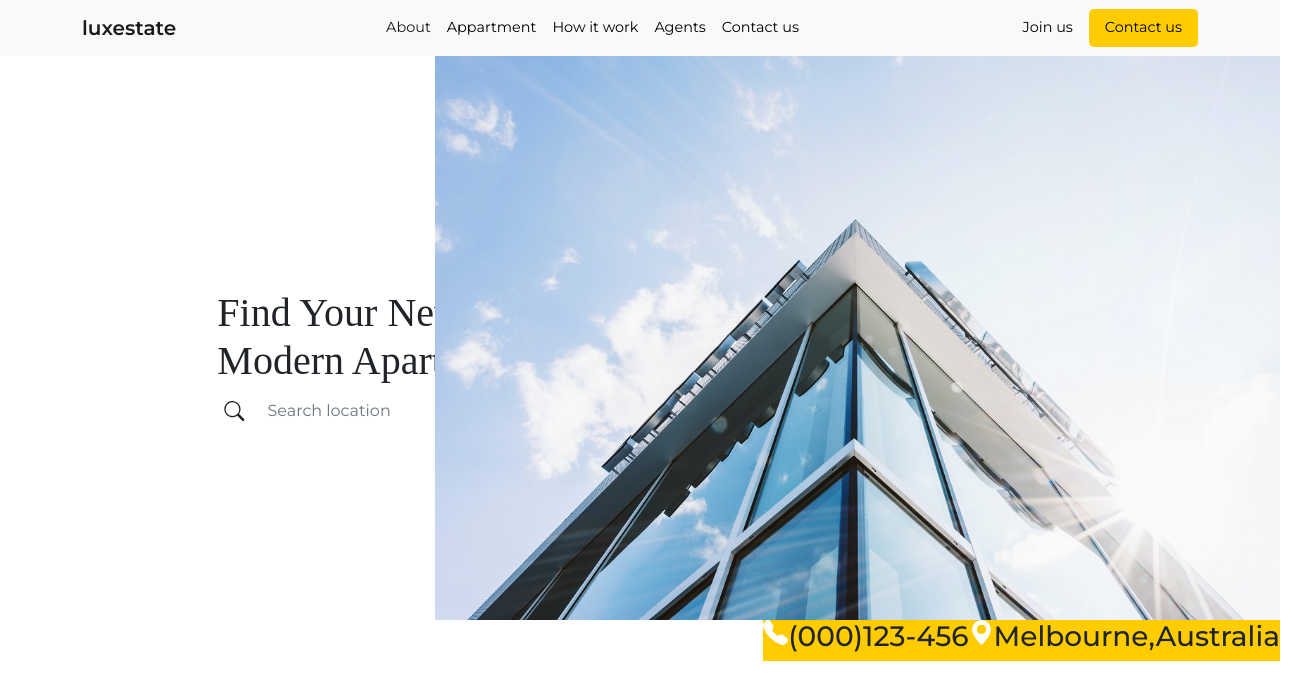
Repository: Toqa-25/luxstate
Page: index.html
An editor plug-in stored every save of this project. The page is shown before and after the next save, followed by the edit.
The browser window is 1280 px wide. The page is 1292 px wide, so the pictures cover 1292 px, including what lies to the right of the window. The pictures show the whole page.

Above is the page before, as saved 2021-06-07 23:49:13.

### index.html
<!DOCTYPE html>
<html lang="en">
<head>
    <meta charset="UTF-8">
    <meta http-equiv="X-UA-Compatible" content="IE=edge">
    <meta name="viewport" content="width=device-width, initial-scale=1.0">
    <!-- Bootstrap file -->
    <link rel="stylesheet" href="css/bootstrap.css">
    <!-- My Bootstrap file -->
    <link rel="stylesheet" href="css/my-bootstrap.css">
    <!-- all main style -->
    <link rel="stylesheet" href="css/all.min.css">
    <!-- CDN css file -->
    <link href="https://cdn.jsdelivr.net/npm/bootstrap@5.0.1/dist/css/bootstrap.min.css" rel="stylesheet" integrity="sha384-+0n0xVW2eSR5OomGNYDnhzAbDsOXxcvSN1TPprVMTNDbiYZCxYbOOl7+AMvyTG2x" crossorigin="anonymous">
    <!-- Style file -->
    <link rel="stylesheet" href="css/style.css">
    <!-- web fonts -->
    <link rel="preconnect" href="https://fonts.gstatic.com">
<link href="https://fonts.googleapis.com/css2?family=Montserrat:wght@100;200;300;400;500;600;700;800;900&display=swap" rel="stylesheet">
    <title>Bootstarp</title>
</head>
<body>
    <nav class="navbar navbar-expand-lg navbar-light bg-light">
        <div class="container">
          <a class="navbar-brand" href="#">luxestate</a>
          <button class="navbar-toggler" type="button" data-bs-toggle="collapse" data-bs-target="#navbarSupportedContent" aria-controls="navbarSupportedContent" aria-expanded="false" aria-label="Toggle navigation">
            <span class="navbar-toggler-icon"></span>
          </button>
          <div class="collapse navbar-collapse offset-2 navbar-light" id="navbarSupportedContent">
            <ul class="navbar-nav me-auto mb-2 mb-lg-0 ">
              <li class="nav-item">
                <a class="nav-link active" aria-current="page" href="#">About</a>
              </li>
              <li class="nav-item ">
                <a class="nav-link " href="#">Appartment</a>
              </li>
              <li class="nav-item">
                <a class="nav-link" href="#">How it work</a>
              </li>
              <li class="nav-item">
                <a class="nav-link" href="#">Agents</a>
              </li>
              <li class="nav-item">
                <a class="nav-link" href="#">Contact us</a>
              </li>

            </ul>
            <ul class="nav justify-content-end last-nav">
                <li class="nav-item">
                  <a class="nav-link active" aria-current="page" href="#">Join us</a>
                </li>
                <li class="nav-item focuse">
                  <a class="nav-link " href="#">Contact us</a>
                </li>

              </ul>
          </div>
        </div>
      </nav>
      <header>
      <div class="row">
        <div class="image-section float-end col-8 ">
        <img src="images/cover-unsplash.jpg" class="img-fluid "  alt="...">
        <div class="text-over d-flex float-end">
          <svg xmlns="http://www.w3.org/2000/svg" width="25" height="25" fill="#ffffff" class="bi bi-telephone-fill" viewBox="0 0 16 16">
            <path fill-rule="evenodd" d="M1.885.511a1.745 1.745 0 0 1 2.61.163L6.29 2.98c.329.423.445.974.315 1.494l-.547 2.19a.678.678 0 0 0 .178.643l2.457 2.457a.678.678 0 0 0 .644.178l2.189-.547a1.745 1.745 0 0 1 1.494.315l2.306 1.794c.829.645.905 1.87.163 2.611l-1.034 1.034c-.74.74-1.846 1.065-2.877.702a18.634 18.634 0 0 1-7.01-4.42 18.634 18.634 0 0 1-4.42-7.009c-.362-1.03-.037-2.137.703-2.877L1.885.511z"/>
          </svg>
          <h3>(000)123-456</h3>
          <svg xmlns="http://www.w3.org/2000/svg" width="25" height="25" fill="#ffffff" class="bi bi-geo-alt-fill" viewBox="0 0 16 16">
            <path d="M8 16s6-5.686 6-10A6 6 0 0 0 2 6c0 4.314 6 10 6 10zm0-7a3 3 0 1 1 0-6 3 3 0 0 1 0 6z"/>
          </svg>
          <h3>Melbourne,Australia</h3>
        </div>
        </div>
          <div class="header-text  col-4 order-first">
              <h1>Find Your New <br>
                Modern Apartment </h1>
                <form class="d-flex">
                    <svg xmlns="http://www.w3.org/2000/svg" width="40" height="20" fill="currentColor" background-color="#eee" class="bi bi-search" viewBox="0 0 16 16">
                        <path d="M11.742 10.344a6.5 6.5 0 1 0-1.397 1.398h-.001c.03.04.062.078.098.115l3.85 3.85a1 1 0 0 0 1.415-1.414l-3.85-3.85a1.007 1.007 0 0 0-.115-.1zM12 6.5a5.5 5.5 0 1 1-11 0 5.5 5.5 0 0 1 11 0z"/>
                      </svg>
                    <input class="form-control " type="search" placeholder=" Search location" aria-label="Search">
                    <button class="btn btn-warning" type="submit">Search </button>
                  </form>
          </div>

      </div>

    </header>

      <script src="js/bootstrap.min.js"></script>
</body>
</html>

### css/style.css
/* veriables */
:root{
    --main-color:#ffcc01;
}

/* global rules */
body{
    font-family: 'Montserrat', sans-serif;
    margin: 0;
    padding: 0;
}
 /* file style */

 .navbar-light .navbar-nav .nav-link,
 .last-nav  .nav-item .nav-link {
    color: black;
    font-weight: 400;
    font-size: .9rem;
}
.navbar-brand{
    font-weight: 600;
}
.last-nav   .focuse{
    background-color: var(--main-color);
    border-radius: 5px;
}
.header-text svg{
    margin:auto 5px;
}
.header-text input{
    border: none
}
.header-text button{
    background: var(--main-color);
    font-size: .75rem;
    width: 45%;
}
.header-text .d-flex{

}
.header-text {
    margin: auto;
    transform: translate(50%);
}
.header-text h1{
    font-family: mate sc;
}
header .row{
    position: relative;
}
header .image-section{
  position: relative;
}
.text-over{
    background: var(--main-color);
}
.text-over svg{

}

Loaded but not shown: css/my-bootstrap.css (library); css/all.min.css (library); js/bootstrap.min.js (library); css/bootstrap.css (no copy from this time; the picture is the same without it)

After the next save:
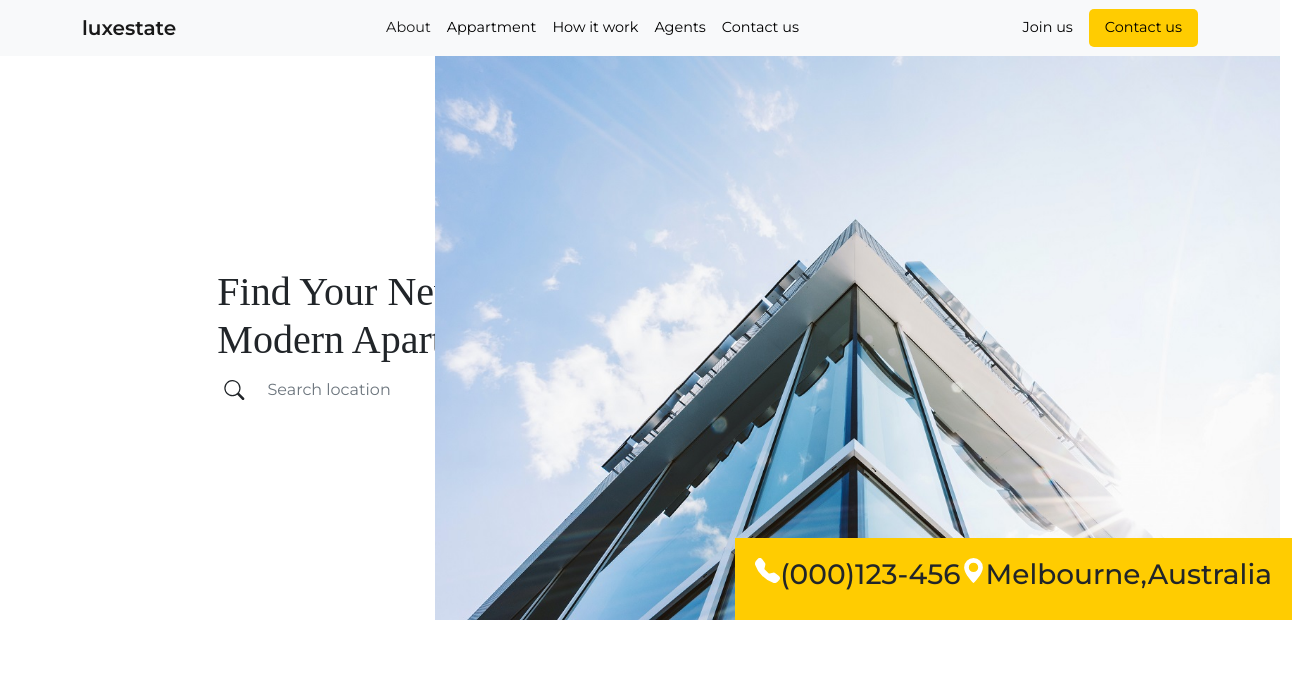
Saved 2 min 44 s later.
--- a/css/style.css
+++ b/css/style.css
@@ -53,6 +53,10 @@ header .image-section{
 }
 .text-over{
     background: var(--main-color);
+    bottom: 0px;
+    padding: 20px;
+    position: absolute;
+    right: 0;
 }
 .text-over svg{
 
